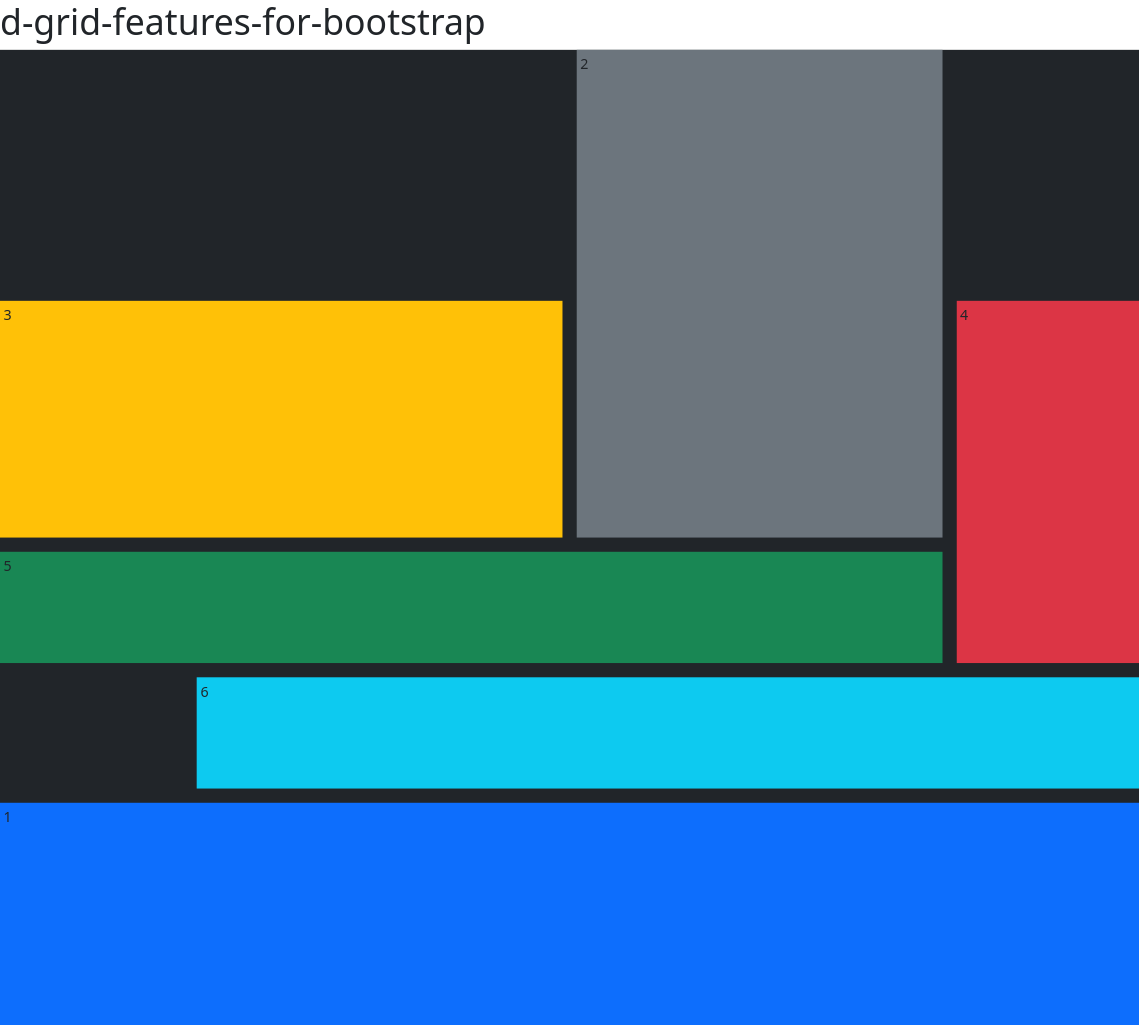
Repository: LynxPardelle/d-grid-features-for-bootstrap
Page: index.html
These files come from the project's save history. The page is drawn as it stood at one moment and after the next save; the edit follows.
The browser window is 1280 px wide. The pictures show the whole page, at 89% of full size.

Above is the page before, as saved 2021-10-20 06:15:51.
Console error: TypeError: Cannot set properties of null (setting 'innerHTML')

### index.html
<!DOCTYPE html>
<html lang="en">
<head>
  <meta charset="UTF-8">
  <meta http-equiv="X-UA-Compatible" content="IE=edge">
  <meta name="viewport" content="width=device-width, initial-scale=1.0">
  <title>d-grid-features-for-bootstrap</title>
  <link href="https://cdn.jsdelivr.net/npm/bootstrap@5.1.3/dist/css/bootstrap.min.css" rel="stylesheet" integrity="sha384-1BmE4kWBq78iYhFldvKuhfTAU6auU8tT94WrHftjDbrCEXSU1oBoqyl2QvZ6jIW3" crossorigin="anonymous">
</head>
<body>
  <h1>d-grid-features-for-bootstrap</h1>

  <!-- <section class="d-grid bg-dark" data-gfbs data-gfbs-gtc="repeat(4, 1fr)" data-gfbs-gtr="repeat(2, 100px)" > -->
    <!-- <section class="d-grid bg-dark" data-gfbs data-gfbs-gta='"f f b c c a"" f f d e e a"'> -->
      <section class="d-grid bg-dark" data-gfbs
      data-gfbs-gt='
      [row1-start] "a a b ." 25px [row1-end]
      [row2-start] "a a b ." 25px [row2-end]
      [row3-start] "c c b d" 25px [row3-end]
      [row4-start] "c c b d" 25px [row4-end]
      [row5-start] "e e e d" 25px [row5-end]
      [row6-start] ". f f f" 25px [row6-end]
      [row7-start] "g g g g" 50px [row7-end]
      / 1fr 2fr 2fr 1fr'
      data-gfbs-gt-sm='
      [row1-start] "a a b ." 50px [row1-end]
      [row2-start] "a a b ." 50px [row2-end]
      [row3-start] "c c b d" 50px [row3-end]
      [row4-start] "c c b d" 50px [row4-end]
      [row5-start] "e e e d" 50px [row5-end]
      [row6-start] ". f f f" 50px [row6-end]
      [row7-start] "g g g g" 100px [row7-end]
      / 1fr 2fr 2fr 1fr'
      data-gfbs-gt-md='
      [row1-start] "a a b ." 75px [row1-end]
      [row2-start] "a a b ." 75px [row2-end]
      [row3-start] "c c b d" 75px [row3-end]
      [row4-start] "c c b d" 75px [row4-end]
      [row5-start] "e e e d" 75px [row5-end]
      [row6-start] ". f f f" 75px [row6-end]
      [row7-start] "g g g g" 150px [row7-end]
      / 1fr 2fr 2fr 1fr'
      data-gfbs-gt-lg='
      [row1-start] "a a b ." 100px [row1-end]
      [row2-start] "a a b ." 100px [row2-end]
      [row3-start] "c c b d" 100px [row3-end]
      [row4-start] "c c b d" 100px [row4-end]
      [row5-start] "e e e d" 100px [row5-end]
      [row6-start] ". f f f" 100px [row6-end]
      [row7-start] "g g g g" 200px [row7-end]
      / 1fr 2fr 2fr 1fr'
      data-gfbs-gt-xl='
      [row1-start] "a a b ." 125px [row1-end]
      [row2-start] "a a b ." 125px [row2-end]
      [row3-start] "c c b d" 125px [row3-end]
      [row4-start] "c c b d" 125px [row4-end]
      [row5-start] "e e e d" 125px [row5-end]
      [row6-start] ". f f f" 125px [row6-end]
      [row7-start] "g g g g" 250px [row7-end]
      / 1fr 2fr 2fr 1fr'
      data-gfbs-gt-xxl='
      [row1-start] "a a b ." 150px [row1-end]
      [row2-start] "a a b ." 150px [row2-end]
      [row3-start] "c c b d" 150px [row3-end]
      [row4-start] "c c b d" 150px [row4-end]
      [row5-start] "e e e d" 150px [row5-end]
      [row6-start] ". f f f" 150px [row6-end]
      [row7-start] "g g g g" 300px [row7-end]
      / 1fr 2fr 2fr 1fr'
      data-gfbs-gap="1rem"
      >
      <!-- data-gfbs-cg="1rem"
      data-gfbs-rg="1rem" -->
    <div data-gfbs data-gfbs-iga="a" data-gfbs-iga-sm="g" class="grid-element bg-primary p-1">
      1
    </div>

    <div data-gfbs data-gfbs-iga="b" class="grid-element bg-secondary p-1">
      2
    </div>
    <div data-gfbs data-gfbs-iga="c" class="grid-element bg-warning p-1">
      3
    </div>
    <div data-gfbs data-gfbs-iga="d" class="grid-element bg-danger p-1">
      4
    </div>
    <div data-gfbs data-gfbs-iga="e" class="grid-element bg-success p-1">
      5
    </div>
    <div data-gfbs data-gfbs-iga="f" class="grid-element bg-info p-1">
      6
    </div>
  </section>

  <script src="https://cdn.jsdelivr.net/npm/bootstrap@5.1.3/dist/js/bootstrap.bundle.min.js" integrity="sha384-ka7Sk0Gln4gmtz2MlQnikT1wXgYsOg+OMhuP+IlRH9sENBO0LRn5q+8nbTov4+1p" crossorigin="anonymous"></script>
  <script src="./d-grid.js"></script>
</body>
</html>

### d-grid.js
"use strict";

function gridCreate(){
  let wWidth = window.innerWidth;
  let gridElements = document.querySelectorAll("[data-gfbs]");

  function checkIfHasBP(gridElement, atr) {
    let hasIt = false;
    for (let attribute of gridElement.attributes) {
      let at = attribute.localName;
      if (at.includes(atr)) {
        switch (true) {
          case at.includes("-sm") && wWidth >= 576 && wWidth < 768:
            hasIt = true;
            break;
          case at.includes("-md") && wWidth >= 768 && wWidth < 992:
            hasIt = true;
            break;
          case at.includes("-lg") && wWidth >= 992 && wWidth < 1200:
            hasIt = true;
            break;
          case at.includes("-xl") && wWidth >= 1200 && wWidth < 1400:
            hasIt = true;
            break;
          case at.includes("-xxl") && wWidth >= 1400:
            hasIt = true;
            break;
        }
      }
    }

    return hasIt;
  }

  for (let gridElement of gridElements) {
    for (let attribute of gridElement.attributes) {
      let at = attribute.localName;
      let attValue = attribute.value;

      if (
        at.includes("gfbs-") &&
        ((!at.includes("-sm") &&
          !at.includes("-md") &&
          !at.includes("-lg") &&
          !at.includes("-xl") &&
          !at.includes("-xxl") &&
          !checkIfHasBP(gridElement, at)) ||
          (at.includes("-sm") &&
            wWidth >= 576 &&
            (!at.includes("-md") || (at.includes("-md") && wWidth < 768)) &&
            (!at.includes("-lg") || (at.includes("-lg") && wWidth < 992)) &&
            (!at.includes("-xl") || (at.includes("-xl") && wWidth < 1200)) &&
            (!at.includes("-xll") || (at.includes("-xxl") && wWidth < 1400))) ||
          (at.includes("-md") &&
            wWidth >= 768 &&
            (!at.includes("-lg") || (at.includes("-lg") && wWidth < 992)) &&
            (!at.includes("-xl") || (at.includes("-xl") && wWidth < 1200)) &&
            (!at.includes("-xll") || (at.includes("-xxl") && wWidth < 1400))) ||
          (at.includes("-lg") &&
            wWidth >= 992 &&
            (!at.includes("-xl") || (at.includes("-xl") && wWidth < 1200)) &&
            (!at.includes("-xll") || (at.includes("-xxl") && wWidth < 1400))) ||
          (at.includes("-xl") &&
            wWidth >= 1200 &&
            (!at.includes("-xll") || (at.includes("-xxl") && wWidth < 1400))) ||
          (at.includes("-xxl") && wWidth >= 1400))
      ) {
        switch (true) {
          /* Container */
          case at.includes("custom"):
            gridElement.style.cssText += attValue;
            break;
          case at.includes("gtc"):
            gridElement.style.gridTemplateColumns = attValue;
            break;
          case at.includes("gtr"):
            gridElement.style.gridTemplateRows = attValue;
            break;
          case at.includes("gta"):
            gridElement.style.gridTemplateAreas = attValue;
            break;
          case at.includes("gt"):
            gridElement.style.gridTemplate = attValue;
            break;
          case at.includes("cg"):
            gridElement.style.columnGap = attValue;
            break;
          case at.includes("rg"):
            gridElement.style.rowGap = attValue;
            break;
          case at.includes("gap"):
            gridElement.style.gap = attValue;
            break;
          case at.includes("ji"):
            gridElement.style.justifyItems = attValue;
            break;
          case at.includes("ai"):
            gridElement.style.alignItems = attValue;
            break;
          case at.includes("pi"):
            gridElement.style.placeItems = attValue;
            break;
          case at.includes("jc"):
            gridElement.style.justifyContent = attValue;
            break;
          case at.includes("ac"):
            gridElement.style.alignContent = attValue;
            break;
          case at.includes("pc"):
            gridElement.style.placeContent = attValue;
            break;
          case at.includes("gac"):
            gridElement.style.gridAutoColumns = attValue;
            break;
          case at.includes("gar"):
            gridElement.style.gridAutoRows = attValue;
            break;
          case at.includes("gaf"):
            gridElement.style.gridAutoFlow = attValue;
            break;
          case at.includes("grid"):
            gridElement.style.grid = attValue;
            break;

          /* Item */
          case at.includes("gcs"):
            gridElement.style.gridColumnStart = attValue;
            break;
          case at.includes("gce"):
            gridElement.style.gridColumnEnd = attValue;
            break;
          case at.includes("gc"):
            gridElement.style.gridColumn = attValue;
            break;
          case at.includes("grs"):
            gridElement.style.gridRowStart = attValue;
            break;
          case at.includes("gre"):
            gridElement.style.gridRowEnd = attValue;
            break;
          case at.includes("gr"):
            gridElement.style.gridRow = attValue;
            break;
          case at.includes("iga"):
            gridElement.style.gridArea = attValue;
            break;
          case at.includes("js"):
            gridElement.style.justifySelf = attValue;
            break;
          case at.includes("as"):
            gridElement.style.alignSelf = attValue;
            break;
          case at.includes("ps"):
            gridElement.style.placeSelf = attValue;
            break;
        }
      }
    }
  }
}

window.onload = gridCreate();

// Defining event listener function
function displayWindowSize(){
  // Get width and height of the window excluding scrollbars
  var w = document.documentElement.clientWidth;
  var h = document.documentElement.clientHeight;

  // Display result inside a div element
  document.getElementById("result").innerHTML = "Width: " + w + ", " + "Height: " + h;
}

// Attaching the event listener function to window's resize event
window.addEventListener("resize", displayWindowSize);

// Calling the function for the first time
displayWindowSize();

After the next save:
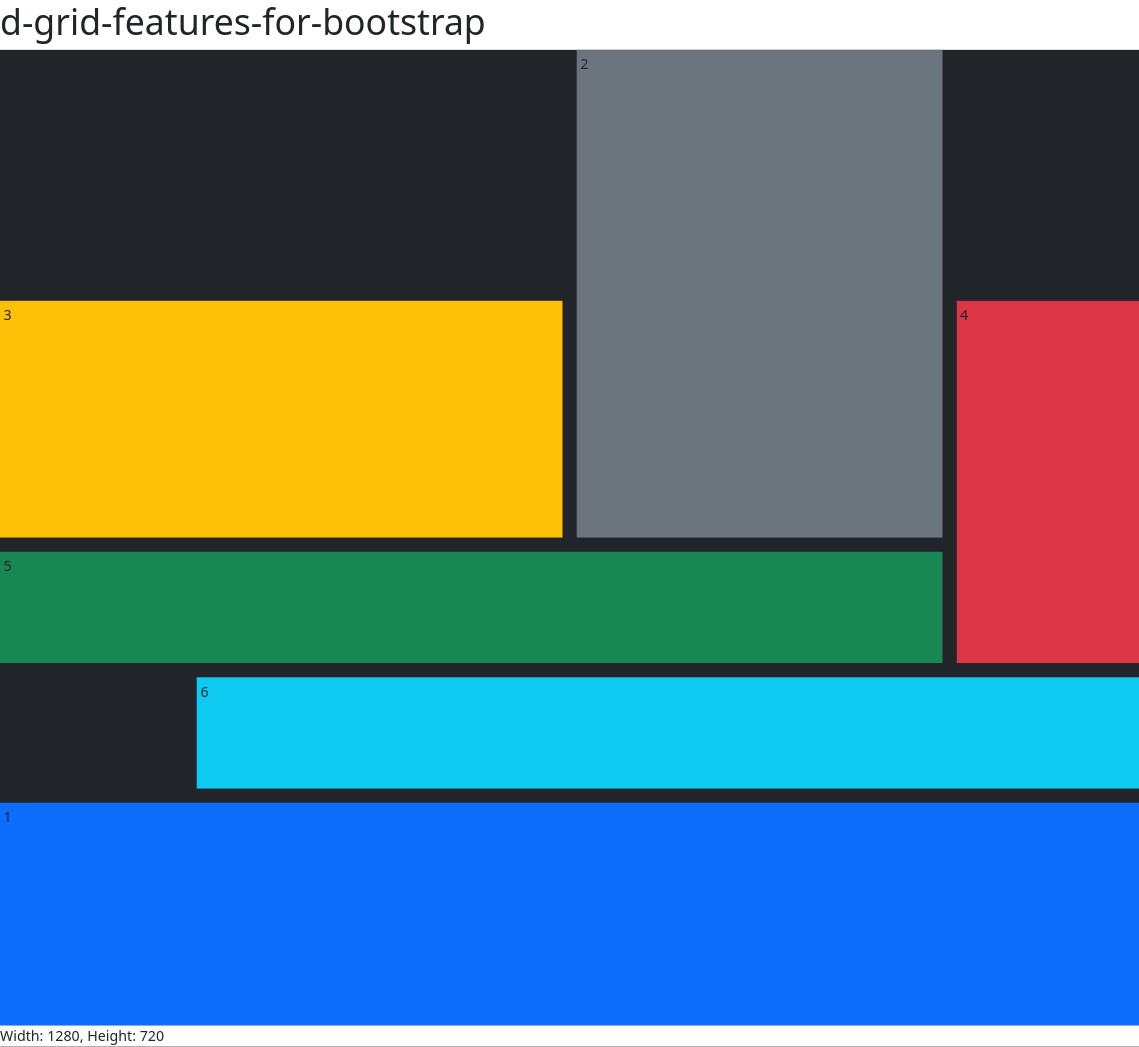
The error is gone.
Saved 26 s later.
--- a/index.html
+++ b/index.html
@@ -92,6 +92,10 @@
     </div>
   </section>
 
+  <div id="result">
+
+  </div>
+
   <script src="https://cdn.jsdelivr.net/npm/bootstrap@5.1.3/dist/js/bootstrap.bundle.min.js" integrity="sha384-ka7Sk0Gln4gmtz2MlQnikT1wXgYsOg+OMhuP+IlRH9sENBO0LRn5q+8nbTov4+1p" crossorigin="anonymous"></script>
   <script src="./d-grid.js"></script>
 </body>
